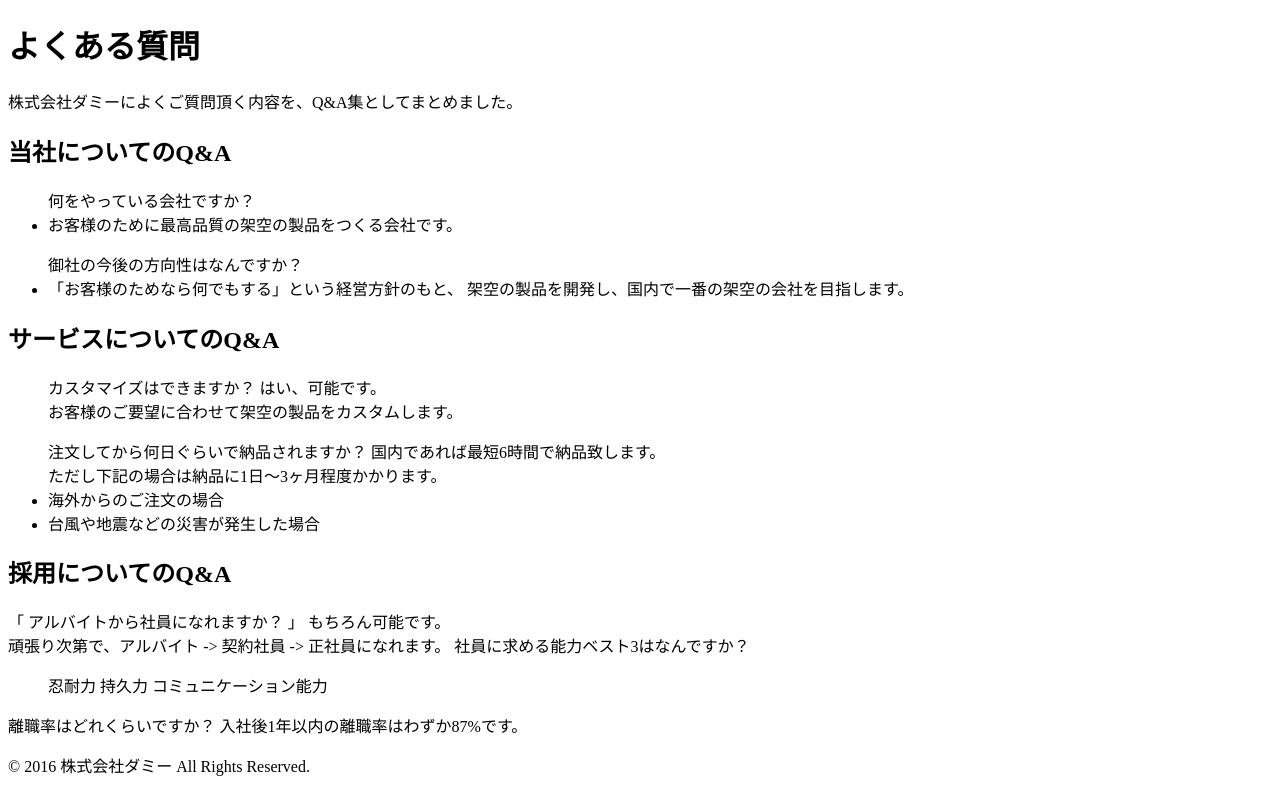
Repository: winc1980/practice-hp2022-wednesday
Page: ruka/practice1.html
An editor plug-in stored every save of this project. The page is shown before and after a run of saves, followed by the edit.
The browser window is 1280 px wide. The pictures show the whole page.

Above is the page before, as saved 2022-05-26 00:08:19.

### ruka/practice1.html
<!DOCTYPE html>
<html lang="ja">
<head>
    <meta charset="UTF-8">
    <meta http-equiv="X-UA-Compatible" content="IE=edge">
    <meta name="viewport" content="width=device-width, initial-scale=1.0">
    <title>よくある質問 | 架空の株式会社ダミー</title>
</head>
<body>
    <h1>よくある質問</h1>

<p>
株式会社ダミーによくご質問頂く内容を、Q&A集としてまとめました。
</p>

<h2>当社についてのQ&A</h2>

<ul>
何をやっている会社ですか？
<li>
お客様のために最高品質の架空の製品をつくる会社です。
</li>
</ul>
<ul>
御社の今後の方向性はなんですか？
<li>
「<span>お客様のためなら何でもする</span>」という経営方針のもと、
架空の製品を開発し、<span>国内で一番の架空の会社を目指します</span>。
</li>
</ul>

<h2>サービスについてのQ&A</h2>
<ul>
カスタマイズはできますか？
はい、可能です。<br>
お客様のご要望に合わせて架空の製品をカスタムします。
</ul>
<ul>
注文してから何日ぐらいで納品されますか？
国内であれば最短6時間で納品致します。<br>
ただし下記の場合は納品に1日〜3ヶ月程度かかります。
<li>
海外からのご注文の場合
</li>
<li>
台風や地震などの災害が発生した場合
</li>
</ul>
<h2>採用についてのQ&A</h2>
<q>
アルバイトから社員になれますか？
</q>
もちろん可能です。<br>
頑張り次第で、アルバイト -> 契約社員 -> 正社員になれます。
社員に求める能力ベスト3はなんですか？
<ul>
忍耐力
持久力
コミュニケーション能力
</ul>


離職率はどれくらいですか？
入社後1年以内の離職率は<span>わずか</span>87%です。
<p>
© 2016 株式会社ダミー All Rights Reserved.
</p>
</body>
</html>

After the next 2 saves:
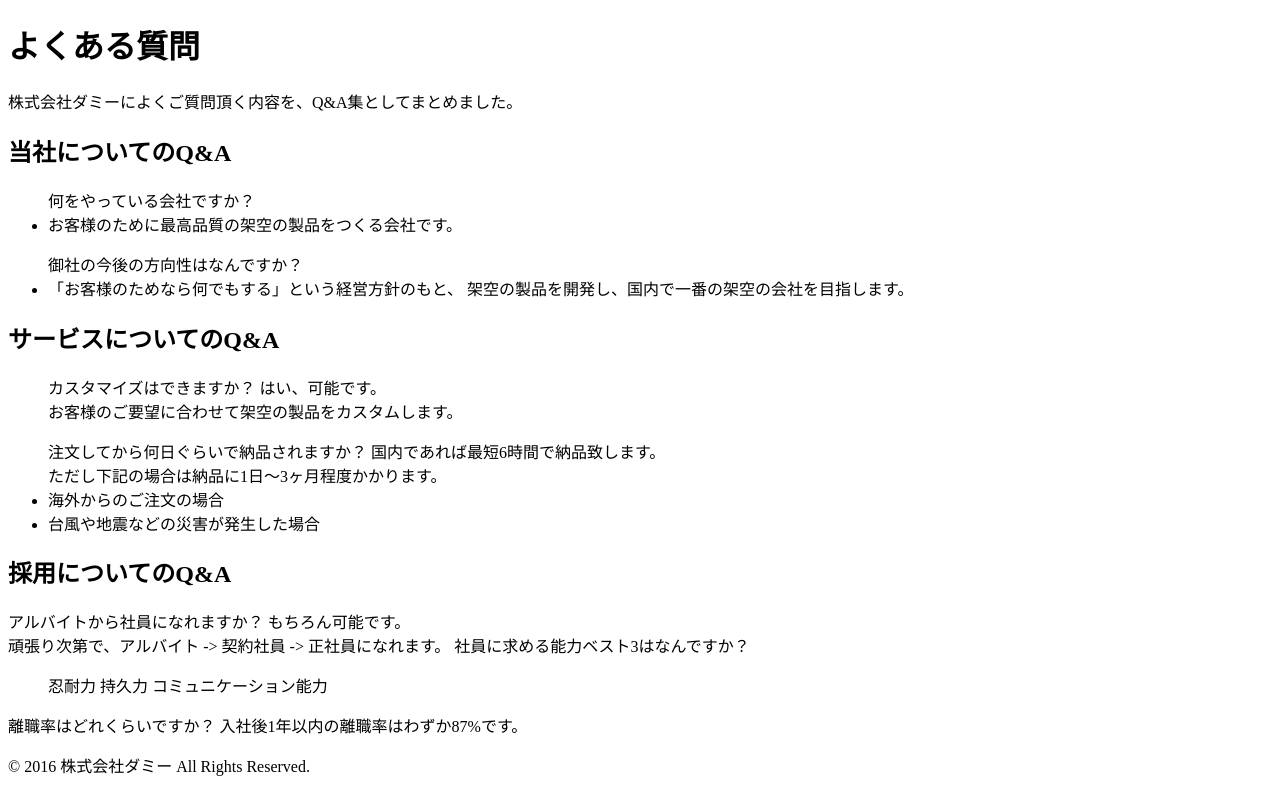
The 2 saves are shown as one change because they came seconds apart.
The last was saved 14 s later.
--- a/ruka/practice1.html
+++ b/ruka/practice1.html
@@ -47,9 +47,9 @@
 </li>
 </ul>
 <h2>採用についてのQ&A</h2>
-<q>
+
 アルバイトから社員になれますか？
-</q>
+
 もちろん可能です。<br>
 頑張り次第で、アルバイト -> 契約社員 -> 正社員になれます。
 社員に求める能力ベスト3はなんですか？
